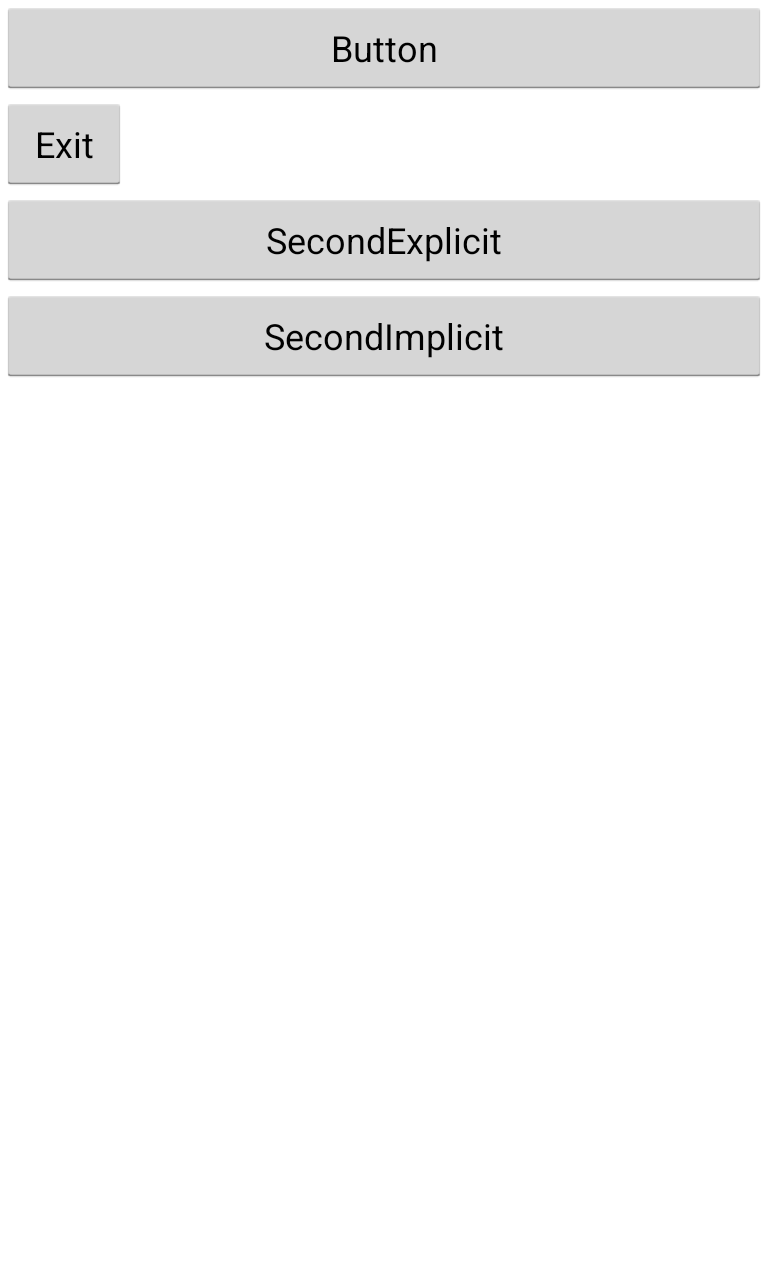
Repository: GUNDAMR/firstcode_android
Layout: C2ActivityTest/res/layout/first_layout.xml
These files come from the project's save history. The layout is drawn as it stood at one moment and after the next save; the edit follows.
It is drawn on a 768 x 1280 px phone screen (xhdpi) without system bars, with theme AppTheme; the app's code is not run.

Above is the layout before, as saved 2014-12-09 03:04:59.

After the next save:
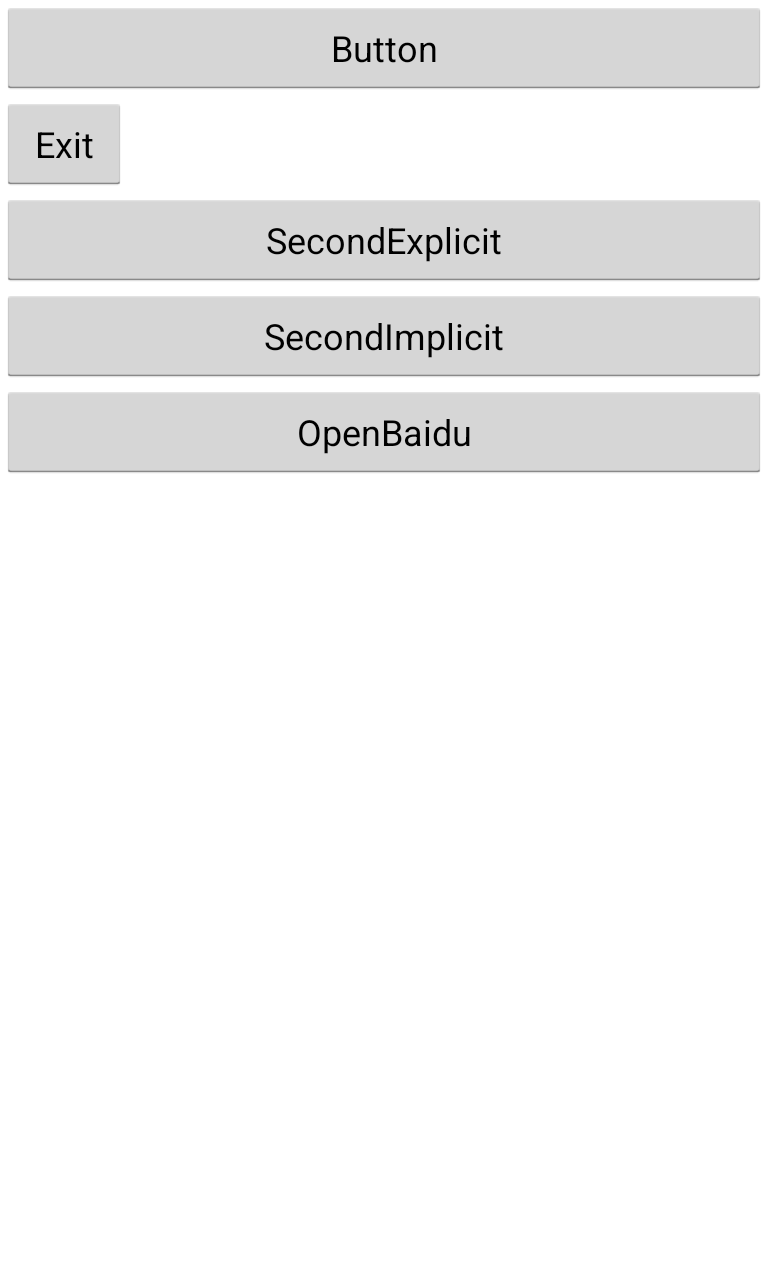
Saved 4 s later.
--- a/C2ActivityTest/res/layout/first_layout.xml
+++ b/C2ActivityTest/res/layout/first_layout.xml
@@ -28,4 +28,10 @@
         android:layout_height="wrap_content"
         android:text="SecondImplicit" />
 
+    <Button
+        android:id="@+id/btn_web"
+        android:layout_width="match_parent"
+        android:layout_height="wrap_content"
+        android:text="OpenBaidu" />
+
 </LinearLayout>
